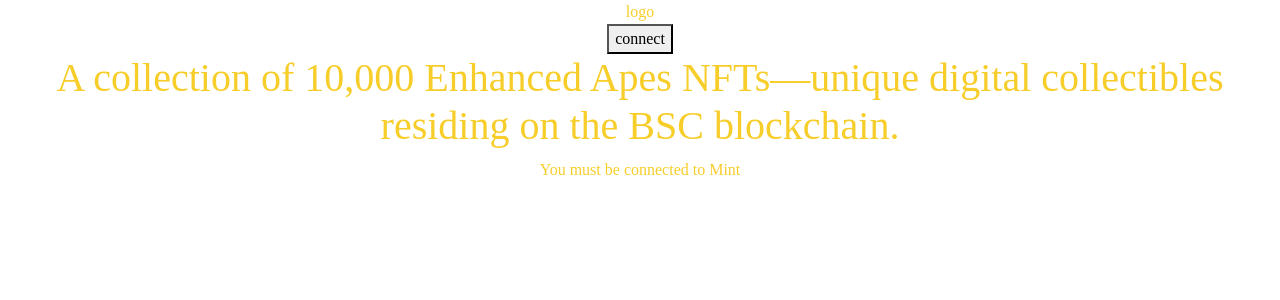
Repository: Stephegbenga/Minting-Dapp
Page: /
These files come from the project's save history. The page is drawn as it stood at one moment and after the next save; the edit follows.
The browser window is 1280 px wide. The pictures show the whole page.
The project was rebuilt for these pictures with package versions that can differ from the ones it lists, and the page was loaded fresh each time.

Above is the page before, as saved 2022-04-07 06:24:58.

### public/index.html
<!DOCTYPE html>
<html lang="en">
  <head>
    <meta charset="utf-8" />
    <link rel="icon" href="%PUBLIC_URL%/En favicon.ico" />
    <meta name="viewport" content="width=device-width, initial-scale=1" />
    <meta name="theme-color" content="#000000" />
    <meta
      name="description"
      content="Web site created using create-react-app"
    />

    <link rel="apple-touch-icon" href="%PUBLIC_URL%/logo192.png" />
    <!--
      manifest.json provides metadata used when your web app is installed on a
      user's mobile device or desktop. See https://developers.google.com/web/fundamentals/web-app-manifest/
    -->
    <link rel="manifest" href="%PUBLIC_URL%/manifest.json" />
    <!--
      Notice the use of %PUBLIC_URL% in the tags above.
      It will be replaced with the URL of the `public` folder during the build.
      Only files inside the `public` folder can be referenced from the HTML.

      Unlike "/favicon.ico" or "favicon.ico", "%PUBLIC_URL%/favicon.ico" will
      work correctly both with client-side routing and a non-root public URL.
      Learn how to configure a non-root public URL by running `npm run build`.
    -->
    <link rel="stylesheet" href="https://stackpath.bootstrapcdn.com/bootstrap/4.3.1/css/bootstrap.min.css"/>

    <title>React App</title>
  </head>
  <body>
    <noscript>You need to enable JavaScript to run this app.</noscript>
    <div id="root"></div>
    <!--
      This HTML file is a template.
      If you open it directly in the browser, you will see an empty page.

      You can add webfonts, meta tags, or analytics to this file.
      The build step will place the bundled scripts into the <body> tag.

      To begin the development, run `npm start` or `yarn start`.
      To create a production bundle, use `npm run build` or `yarn build`.
    -->
  </body>
</html>

### src/index.js
import React from 'react';
import ReactDOM  from 'react-dom';
import './index.css';
import App from './App';
import './Font/ThunderDemo.ttf'


ReactDOM.render(
  <App />,
  document.getElementById('root')

);

### src/App.js
import { useState } from 'react';
import './App.css';
import MainMint from './MainMint'
import Navbar from './NavBar'

function App() {
    const [accounts, setAccounts] = useState([]);

    return (
        <div className="overlay">
            <div className='App'>
                <Navbar accounts={accounts} setAccounts={setAccounts} />
                <MainMint accounts={accounts} setAccounts={setAccounts} />
            </div>
            <div className='Background'></div>
        </div>
    );
}

export default App;

### src/App.css
.App {
  text-align: center;
  font-family: ThunderDemo;
  color: #f7cd2a;
}

* {
  box-sizing: border-box;
}

body {
  overflow: hidden;
}

.overlay {

}

.App-logo {
  height: 40vmin;
  pointer-events: none;
  margin-bottom: 50px;
}
@media (prefers-reduced-motion: no-preference) {

}

.App-header {
  background-color: #282c34;
  min-height: 100vh;
  display: flex;
  flex-direction: column;
  align-items: center;
  justify-content: center;
  font-size: calc(10px + 2vmin);
  color: white;
}

.App-link {
  color: #f7cd2a;
  font-family: ThunderDemo;
}

.App-link:hover {
  color: #f7cd2a;

}


@keyframes App-logo-spin {
  from {
    transform: rotate(0deg);
  }
  to {
    transform: rotate(360deg);
  }
}

@font-face {
  font-family: "ThunderDemo";
  src: local("./Font/");
  url: ("./Font/ThunderDemo.ttf") format("truetype");
}

### src/MainMint.js
import { useState } from "react";
import { ethers, BigNumber } from 'ethers';
import Kongz from './Kongz/Kongz.json';

const KongzAddress = "0x0aee4e215fd9c07093fc7c31f67028e291c633c5";

const MainMint = ({ accounts, setAccounts}) => {
    const [mintAmount, setMintAmount] = useState(1);
    const isConnected = Boolean(accounts[0]);

    async function handleMint() {
        if (window.ethereum) {
            const provider = new ethers.providers.Web3Provider(window.ethereum);
            const signer = provider.getSigner();
            const contract = new ethers.Contract(
                KongzAddress,
                Kongz.abi,
                signer
            );
            try {
                const response = await contract.mint(BigNumber.from(mintAmount));
                console.log('response: ', response);
            }   catch (err) {
                console.log("error: ", err)
            }
        }
    }

    const handleDecrement = () => {
        if (mintAmount <= 1) return;
        setMintAmount(mintAmount - 1);
    };

    const handlIncrement = () => {
        if (mintAmount >= 20) return;
        setMintAmount(mintAmount + 1);
    };

    return (
        <div>
            <h1>A collection of 10,000 Enhanced Apes NFTs—unique digital collectibles residing on the BSC blockchain.</h1>
            {isConnected ? (
            <div>
                <div>
                    <button onClick={handleDecrement}>-</button>
                    <input type="number" value={mintAmount} />
                    <button onClick={handlIncrement}>+</button>
                </div>
                <button onClick={handleMint}>Mint Now</button>
            </div>
        ) : (
            <p>You must be connected to Mint</p>
        )}
        </div>

    );
};

export default MainMint;

### src/NavBar.js
import { Divider } from "@chakra-ui/react";
import React from "react";

const Navbar = ({ accounts, setAccounts }) => {
    const isConnected = Boolean(accounts[0]);

    async function connectAccount() {
        if (window.ethereum) {
            const accounts = await window.ethereum.request({
               method: "eth_requestAccounts",
            });
            setAccounts(accounts);
        }
    }

    return (
        <div>
            {/* { Logo } */}
            <div>logo</div>

            {/* connect */}
            {isConnected ? (
                <p>Conncted</p>
            ) : (
                <button onClick={connectAccount}>connect</button>
            )}
        </div>
    );

};

export default Navbar;

Loaded but not shown: src/index.css (common file); src/Kongz/Kongz.json (1020 lines, source omitted)

After the next save:
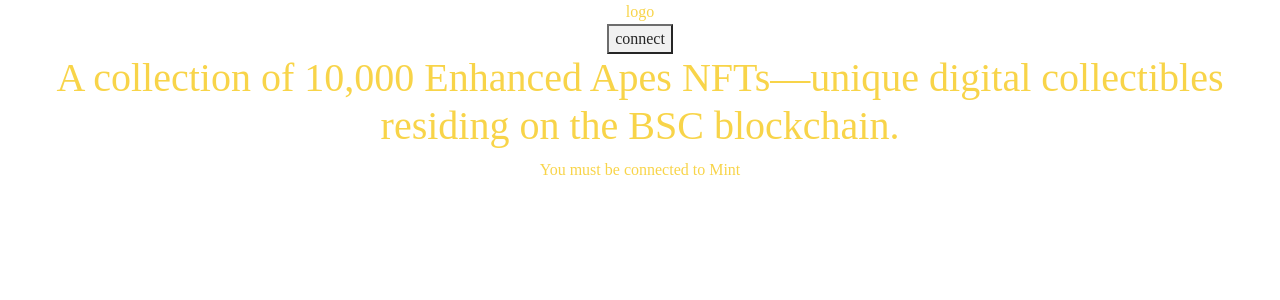
Saved 82 s later.
--- a/src/App.css
+++ b/src/App.css
@@ -13,8 +13,17 @@ body {
 }
 
 .overlay {
+  opacity: 0.85;
+  width: 100%;
+  height: 100%;
+  z-index: 10;
+  top: 0;
+  left: 0;
+  position: fixed;
+}
 
-}
+
+.background
 
 .App-logo {
   height: 40vmin;
